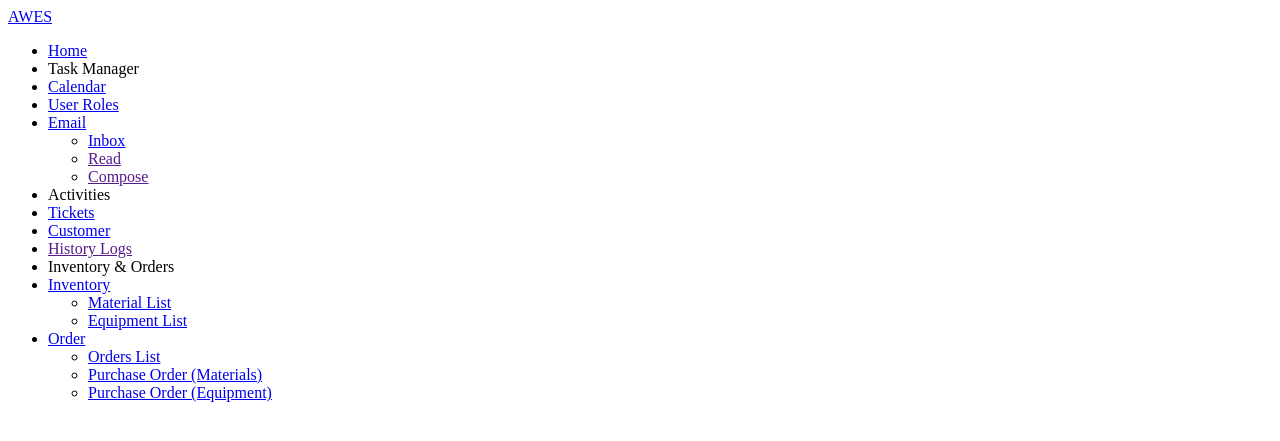
Repository: Jachii112/CRM-project
Page: resources/views/admin/body/sidebar.blade.php
The author's editor kept a copy of each file at every save. The page is drawn from the files as they stood at one save, then again after the next save.
The browser window is 1280 px wide. The pictures show the whole page.
The page is served by the project's Laravel application, run on PHP 8.4 with Laravel 10. Other server files are loaded and not shown. The template is opened directly, without the code that normally fills it, so the values that code supplies are empty.

Above is the page before, as saved 2023-11-09 22:34:00.

### routes/web.php
<?php

use App\Http\Controllers\ProfileController;
use App\Http\Controllers\WebsiteController;
use Illuminate\Support\Facades\Route;
use App\Http\Controllers\AdminController;
use App\Http\Controllers\Backend\CustomerController;
use App\Http\Controllers\Backend\TicketController;
use App\Http\Controllers\Backend\InventoryController;
use App\Http\Controllers\Backend\purchaseOrderController;
use App\Http\Controllers\Backend\UserRolesController;
use App\Http\Controllers\Backend\MaterialController;



/*
|--------------------------------------------------------------------------
| Web Routes
|--------------------------------------------------------------------------
|
| Here is where you can register web routes for your application. These
| routes are loaded by the RouteServiceProvider and all of them will
| be assigned to the "web" middleware group. Make something great!
|
*/

// Route::get('/', function () {
//     return view('welcome');
// });

// Route::get('/dashboard', function () {
//     return view('dashboard');s
// })->middleware(['auth', 'verified'])->name('dashboard');

Route::get('/', [WebsiteController::class, 'index'])->name('home');
Route::get('/about-us', [WebsiteController::class,'aboutUs'])->name('about.us');
Route::get('/service', [WebsiteController::class,'services'])->name('services');
Route::get('/contact-us', [WebsiteController::class,'contactUs'])->name('contact.us');
Route::post('/store/appointment', [WebsiteController::class,'storeAppointment'])->name('store.appointment');


Route::middleware('auth')->group(function () {
    Route::get('/profile', [ProfileController::class, 'edit'])->name('profile.edit');
    Route::patch('/profile', [ProfileController::class, 'update'])->name('profile.update');
    Route::delete('/profile', [ProfileController::class, 'destroy'])->name('profile.destroy');
});

require __DIR__.'/auth.php';


Route::middleware(['auth', 'role:admin'])->group(function(){
    Route::get('/admin/dashboard', [AdminController::class, 'AdminDashboard'])->name('admin.dashboard');
    Route::get('/admin/logout', [AdminController::class, 'AdminLogout'])->name('admin.logout');
    Route::get('/admin/profile', [AdminController::class, 'AdminProfile'])->name('admin.profile');
    Route::get('/admin/calendar', [AdminController::class, 'AdminCalendar'])->name('admin.calendar');
    Route::post('/admin/profile/store', [AdminController::class, 'AdminProfileStore'])->name('admin.profile.store');
    Route::get('/admin/change/password', [AdminController::class, 'AdminChangePassword'])->name('admin.change.password');
    Route::post('/admin/update/password', [AdminController::class, 'AdminUpdatePassword'])->name('admin.update.password');
    Route::get('/admin/inbox', [AdminController::class, 'AdminInbox'])->name('admin.inbox');
    Route::get('/admin/read/{id}', [AdminController::class,'AdminRead'])->name('read.email');
});

Route::get('/admin/login', [AdminController::class, 'AdminLogin'])->name('admin.login');

Route::middleware(['auth', 'role:admin'])->group(function(){
    Route::controller(TicketController::class)->group(function(){
        Route::get('/tickets', 'IndexTicket')->name('index.ticket');
        Route::get('/tickets/create', 'CreateTicket')->name('create.ticket');
        Route::post('/tickets/store', 'storeTicket')->name('store.ticket');
        Route::get('/tickets/view{id}', 'ViewTicket')->name('view.ticket');
        Route::put('/tickets/update{id}', 'UpdateTicket')->name('update.ticket');
        Route::get('/tickets/{id}', 'DestroyTicket')->name('destroy.ticket');
        Route::get('/get-customer-info/{id}', 'getCustomerInfo');
        Route::get('/get-materials-info/{id}', 'getMaterialsInfo');
        Route::get('/get-equipment-info/{id}', 'getEquipmentInfo');
        Route::get('/getUnitType/{itemNumber}', 'getUnitType');
        Route::get('/getEquipmentUnitType/{itemNumber}', 'getEquipmentUnitType');
    });
});

Route::middleware(['auth', 'role:admin'])->group(function(){
    Route::controller(CustomerController::class)->group(function(){
        Route::get('/customer', 'IndexCustomer')->name('index.customer');
        Route::get('/add/customer', 'AddCustomer')->name('add.customer');
        Route::post('/store/customer', 'StoreCustomer')->name('store.customer');
        Route::get('/view/customer{id}', 'ViewCustomer')->name('view.customer');
        Route::put('/update/customer{id}', 'UpdateCustomer')->name('update.customer');
        Route::get('/delete/customer{id}', 'DeleteCustomer')->name('delete.customer');
        Route::get('/getCustomer/Data/{id}', 'getCustomerData');
    });
});

Route::middleware(['auth', 'role:admin'])->group(function(){
Route::controller(InventoryController::class)->group(function(){
        Route::get('/register/materials', 'RegisterItem')->name('register.materials');
        Route::get('/register/equipment', 'RegisterEquipment')->name('register.equipment');
        Route::get('/materials/inventory', 'MaterialsListTable')->name('materials.inventory');
        Route::post('/store/materials', 'StoreItem')->name('store.materials');
        Route::get('/view/materials/{item_no}', 'ViewMaterialsDetail')->name('view.materials.detail');
        Route::get('/equipment/inventory', 'EquipmentListTable')->name('equipment.inventory');
        Route::post('/store/equipment', 'StoreEquipment')->name('store.equipment');
    });
});

Route::middleware(['auth', 'role:admin'])->group(function () {
    Route::controller(PurchaseOrderController::class)->group(function () {
        Route::get('/index/purchaseOrder', 'OrdersList')->name('index.purchaseOrder');
        Route::get('/add/purchaseOrder/Materials', 'PurchaseOrderMaterials')->name('add.purchaseOrder.materials');
        Route::get('/add/purchaseOrder/Equipment', 'PurchaseOrderEquipment')->name('add.purchaseOrder.equipment');
        Route::post('/purchaseOrder/Materials', 'StorePurchaseOrderMaterials')->name('store.purchaseOrders.materials');
        Route::get('/view/purchaseOrderMaterials/{order_no}', 'viewPurchaseOrderMaterials')->name('view.purchaseOrderMaterials');
        Route::get('/delete/purchaseOrderMaterials/{id}', 'DeleteOrdersMaterial')->name('delete.purchaseOrderMaterials');
    });
});

Route::middleware(['auth', 'role:admin'])->group(function () {
    Route::controller(MaterialController::class)->group(function () {
        Route::get('/get-materials', 'getMaterials');
    });
});

Route::middleware(['auth', 'role:admin'])->group(function () {
    Route::controller(UserRolesController::class)->group(function () {
        Route::get('/index/userRoles', 'index')->name('index.user.roles');
    });
});

### resources/views/admin/body/sidebar.blade.php
<nav class="sidebar">
    <div class="sidebar-header">
        <a href="{{ route('admin.dashboard') }}" class="sidebar-brand">
            AWES
        </a>
        <div class="sidebar-toggler not-active">
            <span></span>
            <span></span>
            <span></span>
        </div>
    </div>
    <div class="sidebar-body">
        <ul class="nav">
            <li class="nav-item">
                <a href="{{ route('admin.dashboard') }}" class="nav-link">
                    <i class="link-icon" data-feather="home"></i>
                    <span class="link-title">Home</span>
                </a>
            </li>
            <li class="nav-item nav-category">Task Manager</li>
            <li class="nav-item">
                <a href="{{ route('admin.calendar') }}" class="nav-link">
                    <i class="link-icon" data-feather="calendar"></i>
                    <span class="link-title">Calendar</span>
                </a>
            </li>
            <li class="nav-item">
                <a href="{{ route('index.user.roles') }}" class="nav-link">
                    <i class="link-icon" data-feather="bookmark"></i>
                    <span class="link-title">User Roles</span>
                </a>
            </li>
            <li class="nav-item">
                <a class="nav-link" data-bs-toggle="collapse" href="#emails" role="button" aria-expanded="false"
                    aria-controls="emails">
                    <i class="link-icon" data-feather="mail"></i>
                    <span class="link-title">Email</span>
                    <i class="link-arrow" data-feather="chevron-down"></i>
                </a>
                <div class="collapse" id="emails">
                    <ul class="nav sub-menu">
                        <li class="nav-item">
                            <a href="{{ route('admin.inbox') }}" class="nav-link">Inbox</a>
                        </li>
                        <li class="nav-item">
                            <a href="" class="nav-link">Read</a>
                        </li>
                        <li class="nav-item">
                            <a href="" class="nav-link">Compose</a>
                        </li>
                    </ul>
                </div>
            </li>
            <li class="nav-item nav-category">Activities</li>
            <li class="nav-item">
                <a href="{{ route('index.ticket') }}" class="nav-link">
                    <i class="link-icon" data-feather="bookmark"></i>
                    <span class="link-title">Tickets</span>
                </a>
            </li>
            <li class="nav-item">
                <a href="{{ route('index.customer') }}" class="nav-link">
                    <i class="link-icon" data-feather="users"></i>
                    <span class="link-title">Customer</span>
                </a>
            </li>
            <li class="nav-item">
                <a href="" class="nav-link">
                    <i class="link-icon" data-feather="bookmark"></i>
                    <span class="link-title">History Logs</span>
                </a>
            </li>
            <li class="nav-item nav-category">Inventory & Orders</li>
            <li class="nav-item">
                <a class="nav-link" data-bs-toggle="collapse" href="#charts" role="button" aria-expanded="false"
                    aria-controls="charts">
                    <i class="link-icon" data-feather="users"></i>
                    <span class="link-title">Inventory</span>
                </a>
                <div class="collapse" id="charts">
                    <ul class="nav sub-menu">
                        <li class="nav-item">
                            <a href="{{ route('materials.inventory') }}" class="nav-link">Material List</a>
                        </li>
                        <li class="nav-item">
                            <a href="{{ route('equipment.inventory') }}" class="nav-link">Equipment List</a>
                        </li>
                    </ul>
                </div>
            </li>
            <li class="nav-item">
                <a class="nav-link" data-bs-toggle="collapse" href="#forms" role="button" aria-expanded="false"
                    aria-controls="forms">
                    <i class="link-icon" data-feather="users"></i>
                    <span class="link-title">Order</span>
                </a>
                <div class="collapse" id="forms">
                    <ul class="nav sub-menu">
                        <li class="nav-item">
                            <a href="{{ route('index.purchaseOrder') }}" class="nav-link">Orders List</a>
                        </li>
                        <li class="nav-item">
                            <a href="{{ route('add.purchaseOrder.materials') }}" class="nav-link">Purchase Order
                                (Materials)</a>
                        </li>
                        <li class="nav-item">
                            <a href="{{ route('add.purchaseOrder.equipment') }}" class="nav-link">Purchase Order
                                (Equipment)</a>
                        </li>
                    </ul>
                </div>
            </li>
        </ul>
    </div>
</nav>

Loaded but not shown: routes/auth.php (common file); app/Http/Controllers/Auth/EmailVerificationPromptController.php (common file); app/Http/Controllers/Controller.php (common file); app/Http/Controllers/Auth/VerifyEmailController.php (common file)

After the next save:
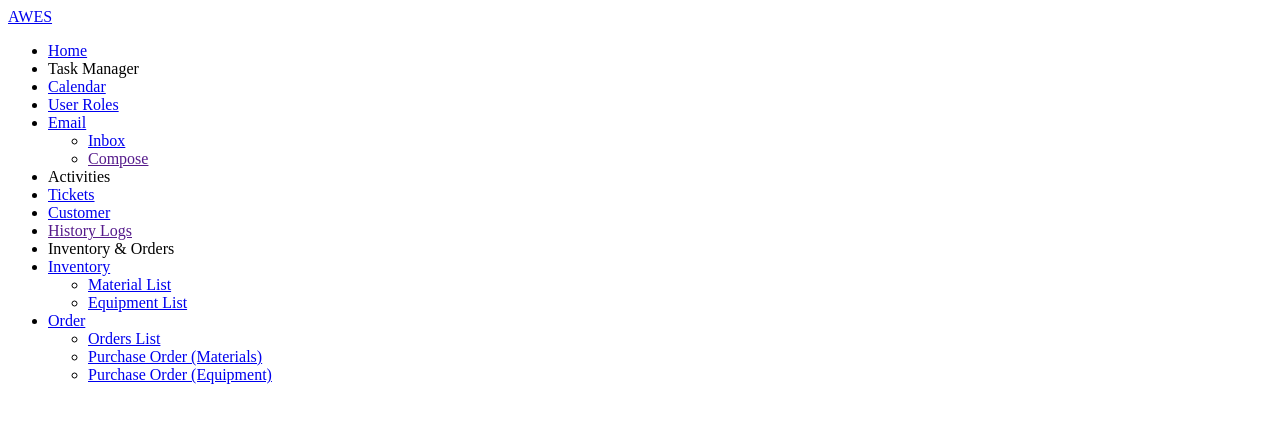
Saved 2 min 36 s later.
--- a/resources/views/admin/body/sidebar.blade.php
+++ b/resources/views/admin/body/sidebar.blade.php
@@ -41,9 +41,6 @@
                     <ul class="nav sub-menu">
                         <li class="nav-item">
                             <a href="{{ route('admin.inbox') }}" class="nav-link">Inbox</a>
-                        </li>
-                        <li class="nav-item">
-                            <a href="" class="nav-link">Read</a>
                         </li>
                         <li class="nav-item">
                             <a href="" class="nav-link">Compose</a>
